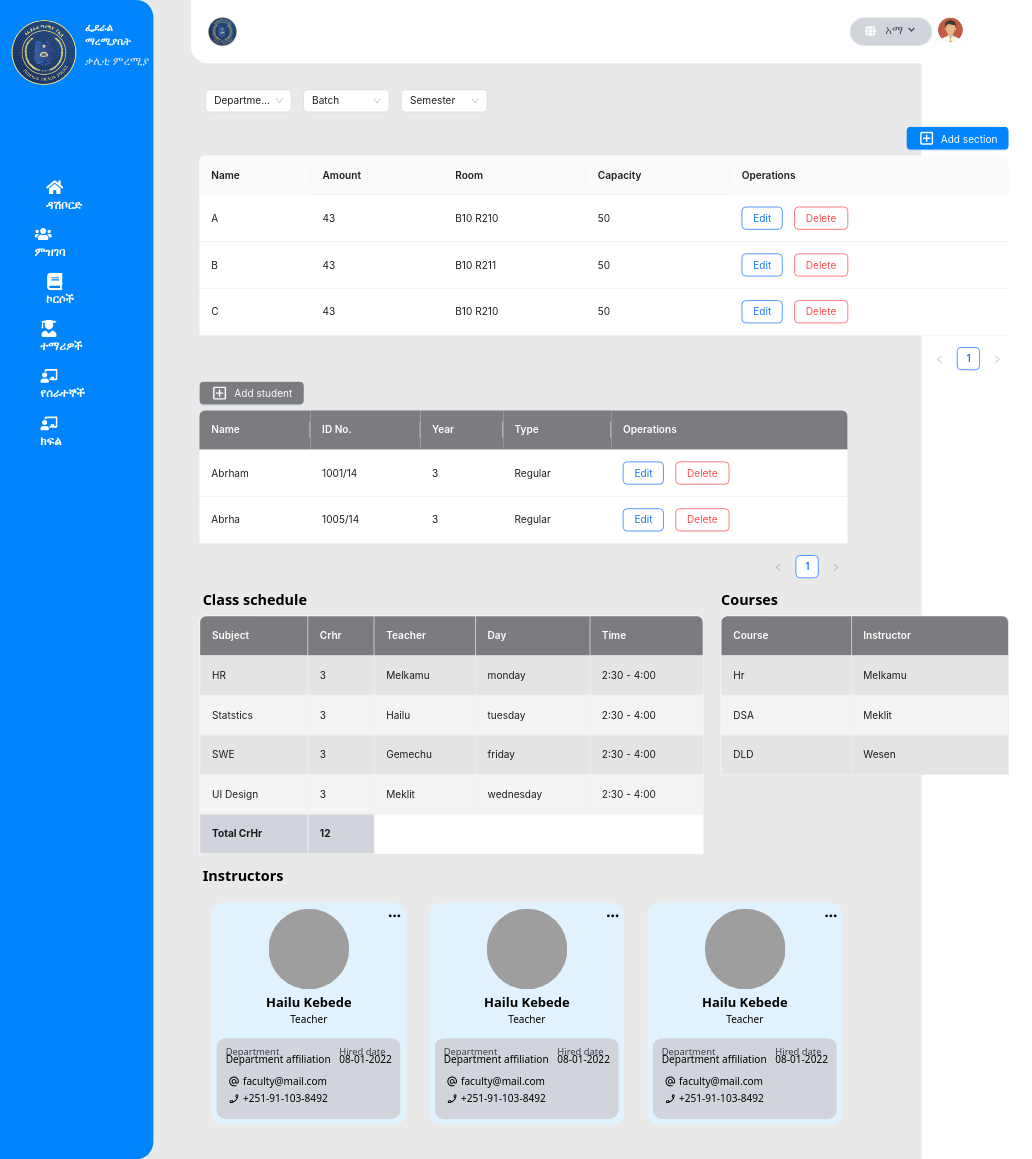
Repository: Yigoya/federal-prison-education-ms-frontend
Page: /classroom, after clicking the first element matching `td.ant-table-cell > a`
An editor plug-in stored every save of this project. The page is shown before and after a run of saves, followed by the edit.
The browser window is 1280 px wide. The page is 1433 px wide, so the pictures cover 1433 px, including what lies to the right of the window. The pictures show the whole page, at 72% of full size.
Pictures or frames that could not be fetched are drawn as grey boxes. The project was rebuilt for these pictures with package versions that can differ from the ones it lists, and the page was loaded fresh each time. Also part of the build but not shown: vite.config.js, src/pages/DashBoard.jsx, src/pages/Courses.jsx, src/layout/AuthLayout.jsx, src/pages/Login.jsx, src/pages/Teachers.jsx, src/pages/StudentRegistration.jsx, src/components/classroom/ComboBox.jsx and 1 more. Imported but missing from the stored project, and not drawn on this page: src/pages/Students.

Above is the page before, as saved 2024-07-05 14:18:18.

After the next 2 saves:
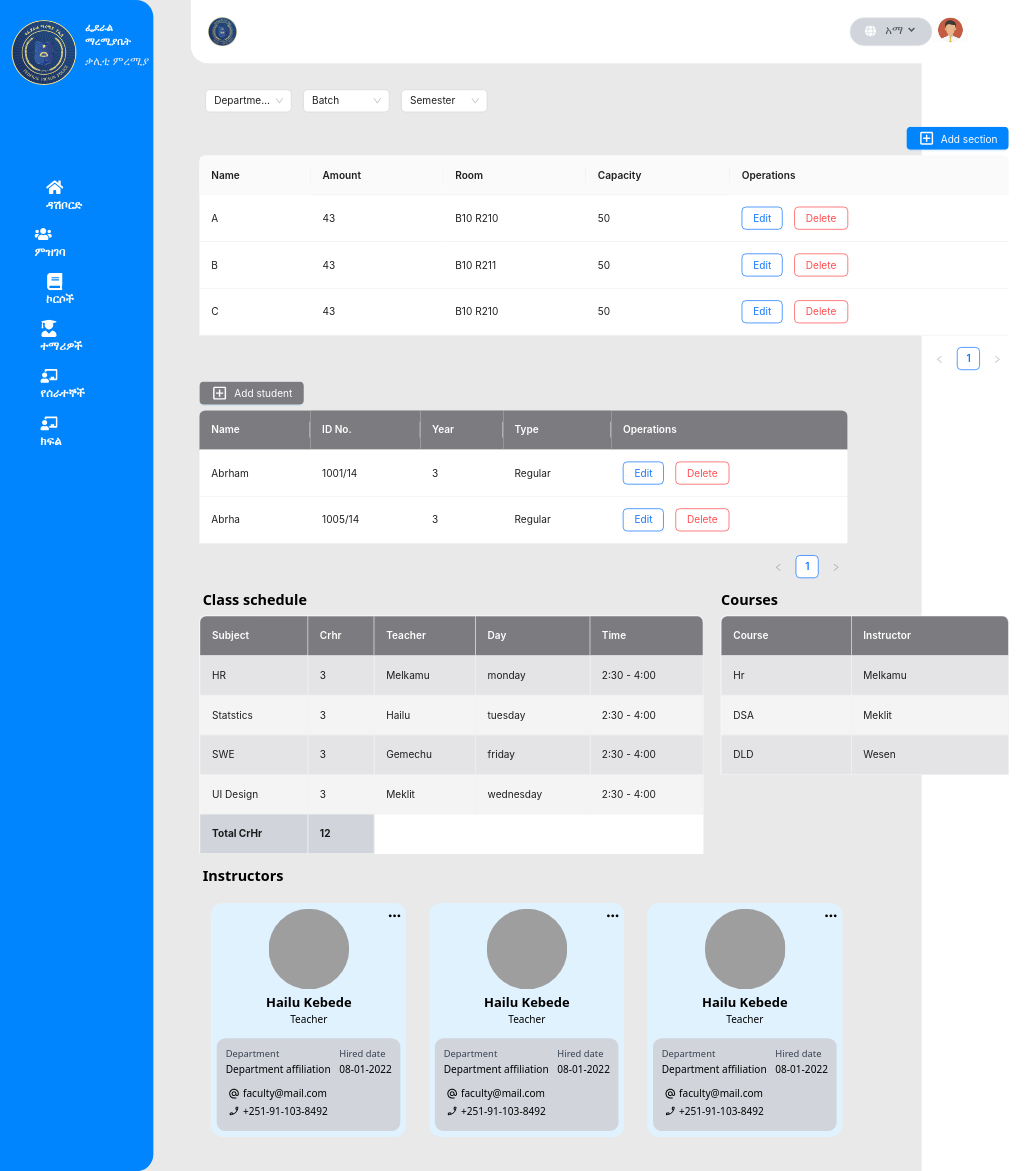
The 2 saves are shown as one change because they came seconds apart.
The last was saved 56 min 30 s later.
--- a/src/components/classroom/InstructorDetails.jsx
+++ b/src/components/classroom/InstructorDetails.jsx
@@ -23,7 +23,7 @@
       </div>
 
       {/* Additional info */}
-      <div className="bg-gray-300 rounded-xl w-full p-3 leading-3 mt-4">
+      <div className="bg-gray-300 rounded-xl w-full p-3 leading-3.5 mt-4">
         <div className="flex gap-3">
           <div>
             <p className="text-[13px] text-gray-700">Department</p>
